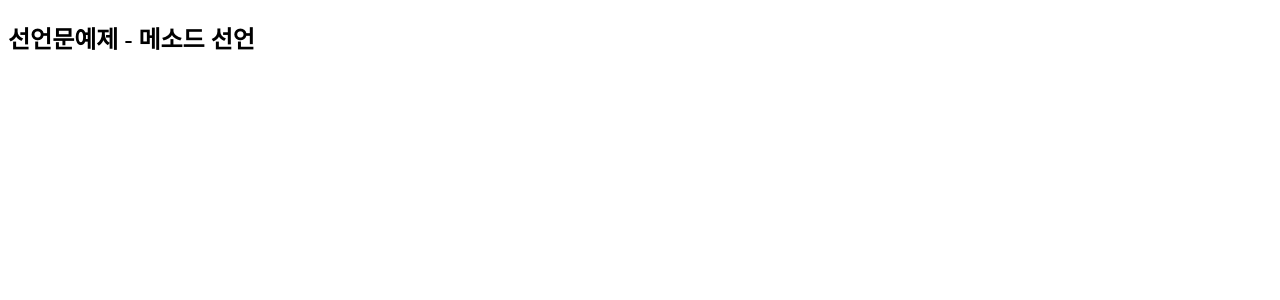
Repository: gugucon-hwan/ForStudyJSP
Page: http://localhost/StudyBasicJSP/ch05/declarationTest2.jsp
The author's editor kept a copy of each file at every save. The page is drawn from the files as they stood at one save, then again after the next save.
The browser window is 1280 px wide. The pictures show the whole page.
The page is served by Tomcat 9.

Above is the page before, as saved 2020-08-14 02:24:52.

After the next save:
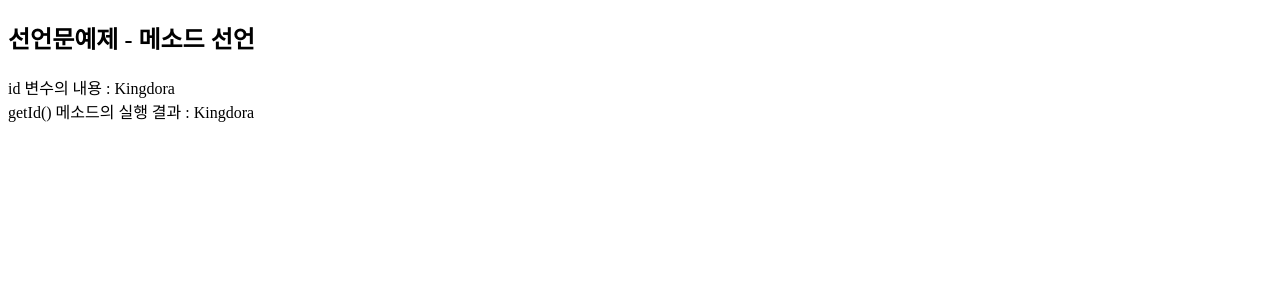
Saved 67 s later.
--- a/StudyBasicJSP/WebContent/ch05/declarationTest2.jsp
+++ b/StudyBasicJSP/WebContent/ch05/declarationTest2.jsp
@@ -8,6 +8,15 @@
 </head>
 <body>
 	<h2>선언문예제 - 메소드 선언</h2>
+	<%!
+		String id ="Kingdora";
+
+		public String getId(){
+			return id;
+		}
+	%>
+	id 변수의 내용 : <%=id %><br>
+	getId() 메소드의 실행 결과 : <%=getId() %>
 
 </body>
 </html>
